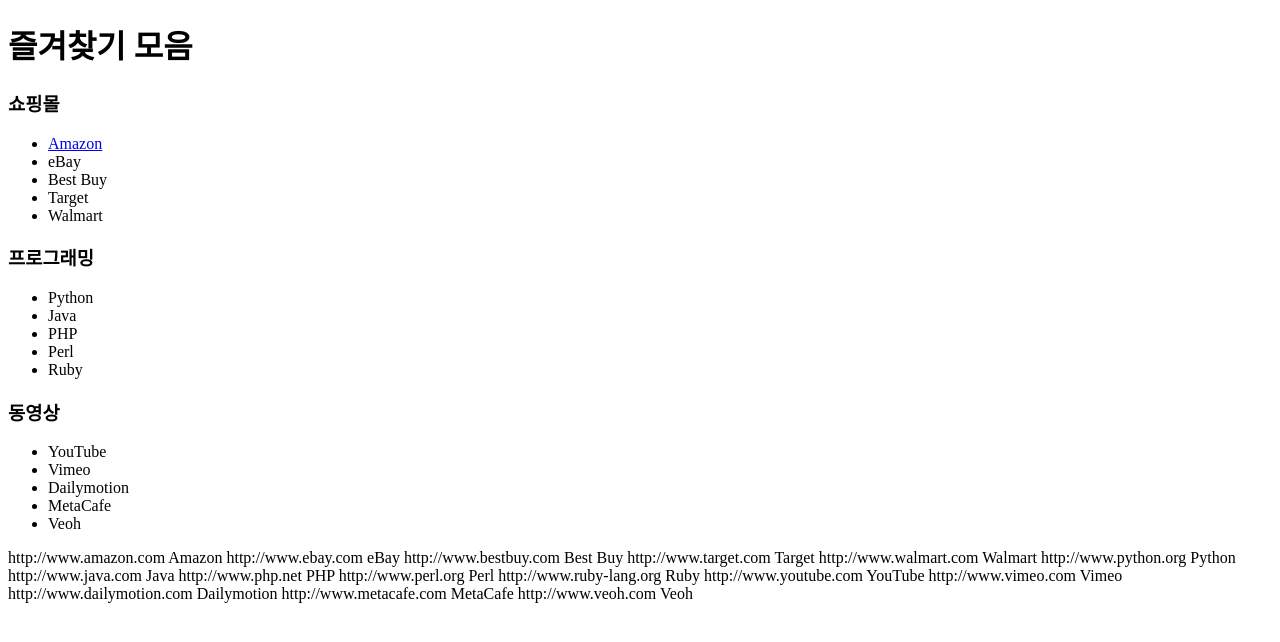
Repository: hb6700/client
Page: ClientTest/src/main/webapp/html/question/07_link.html
The author's editor kept a copy of each file at every save. The page is drawn from the files as they stood at one save, then again after the next save.
The browser window is 1280 px wide. The pictures show the whole page.

Above is the page before, as saved 2023-09-20 08:26:32.

After the next save:
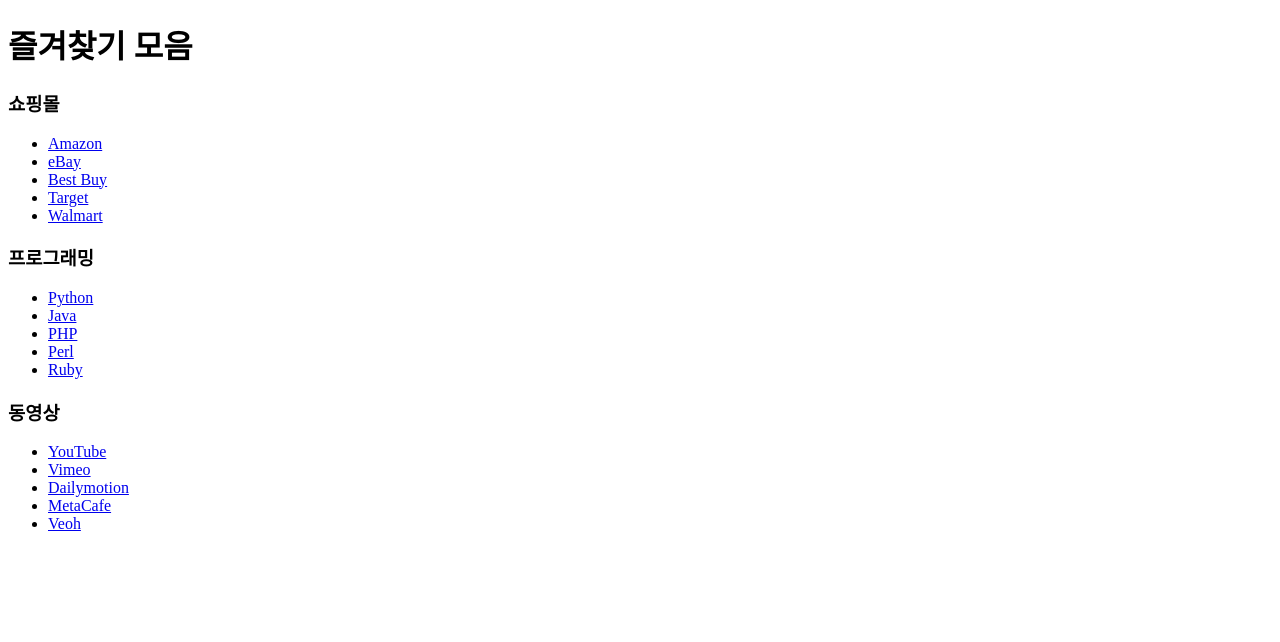
Saved 5 min 9 s later.
--- a/ClientTest/src/main/webapp/html/question/07_link.html
+++ b/ClientTest/src/main/webapp/html/question/07_link.html
@@ -13,52 +13,30 @@
 		</h3>
 		<ul>
 			<li><a href="http://www.amazon.com">Amazon</a></li>
-			<li>eBay</li>
-			<li>Best Buy</li>
-			<li>Target</li>
-			<li>Walmart</li>
+			<li><a href="http://www.ebay.com">eBay</li>
+			<li><a href="http://www.bestbuy.com">Best Buy</a></li>
+			<li><a href="http://www.target.com">Target</a></li>
+			<li><a href="http://www.walmart.com">Walmart</a></li>
 		</ul>
 		<h3>
 			프로그래밍
 		</h3>
 		<ul>
-			<li>Python</li>
-			<li>Java</li>
-			<li>PHP</li>
-			<li>Perl</li>
-			<li>Ruby</li>
+			<li><a href="http://www.python.org">Python</a></li>
+			<li><a href="http://www.java.com">Java</a></li>
+			<li><a href="http://www.php.net">PHP</a></li>
+			<li><a href="http://www.perl.org">Perl</a></li>
+			<li><a href="http://www.ruby-lang.org">Ruby</a></li>
 		</ul>
 		<h3>
 			동영상
 		</h3>
 		<ul>
-			<li>YouTube</li>
-			<li>Vimeo</li>
-			<li>Dailymotion</li>
-			<li>MetaCafe</li>
-			<li>Veoh</li>
+			<li><a href="http://www.youtube.com">YouTube</a></li>
+			<li><a href="http://www.vimeo.com">Vimeo</a></li>
+			<li><a href="http://www.dailymotion.com">Dailymotion</a></li>
+			<li><a href="http://www.metacafe.com">MetaCafe</a></li>
+			<li><a href="http://www.veoh.com">Veoh</a></li>
 		</ul>
-
-
-
-
-
-
-		http://www.amazon.com Amazon
-		http://www.ebay.com eBay
-		http://www.bestbuy.com Best Buy
-		http://www.target.com Target
-		http://www.walmart.com Walmart
-		http://www.python.org Python
-		http://www.java.com Java
-		http://www.php.net PHP
-		http://www.perl.org Perl
-		http://www.ruby-lang.org Ruby
-		http://www.youtube.com YouTube
-		http://www.vimeo.com Vimeo
-		http://www.dailymotion.com Dailymotion
-		http://www.metacafe.com MetaCafe
-		http://www.veoh.com Veoh
-
 	</body>
 </html>
